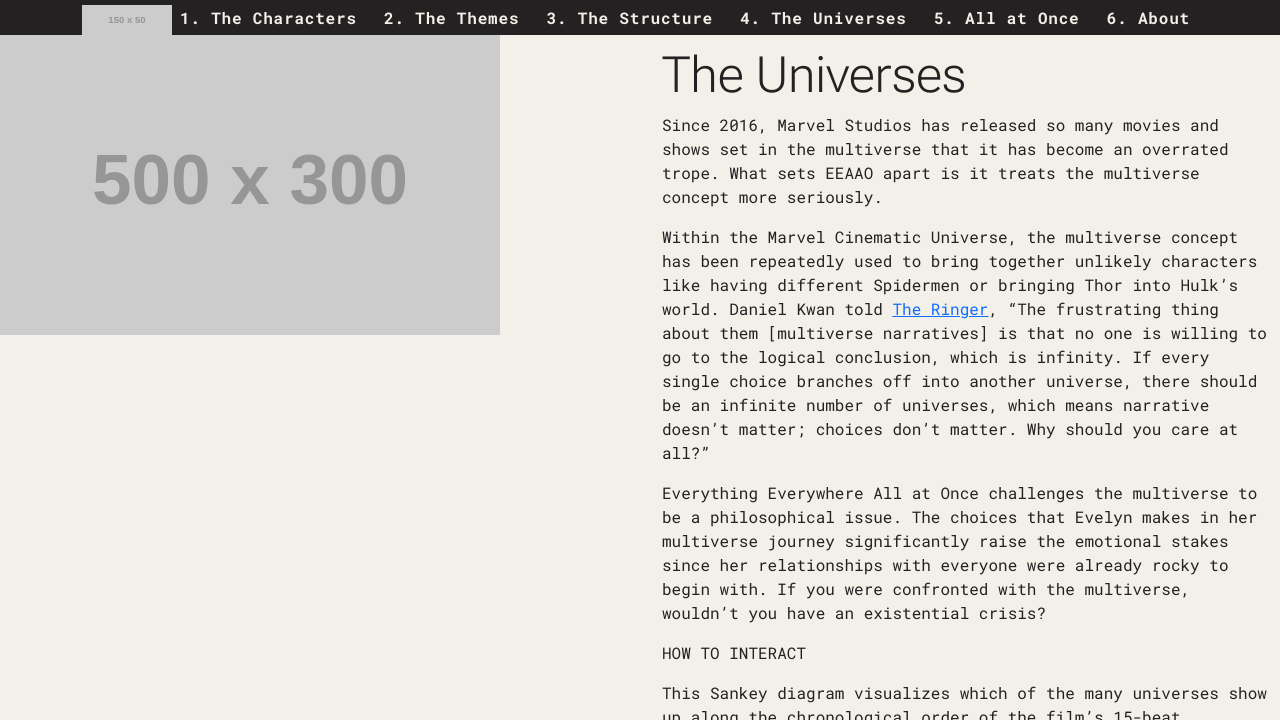
Repository: angelica-hom/msdv-thesis
Page: universes.html
The author's editor kept a record of every edit. The page is drawn from the files as they stood at one moment, then again after the next edit.
The browser window is 1280 px wide. The pictures show the whole page.
An inner scrolling area shows only its first screen.

Above is the page before.

After the next edit:
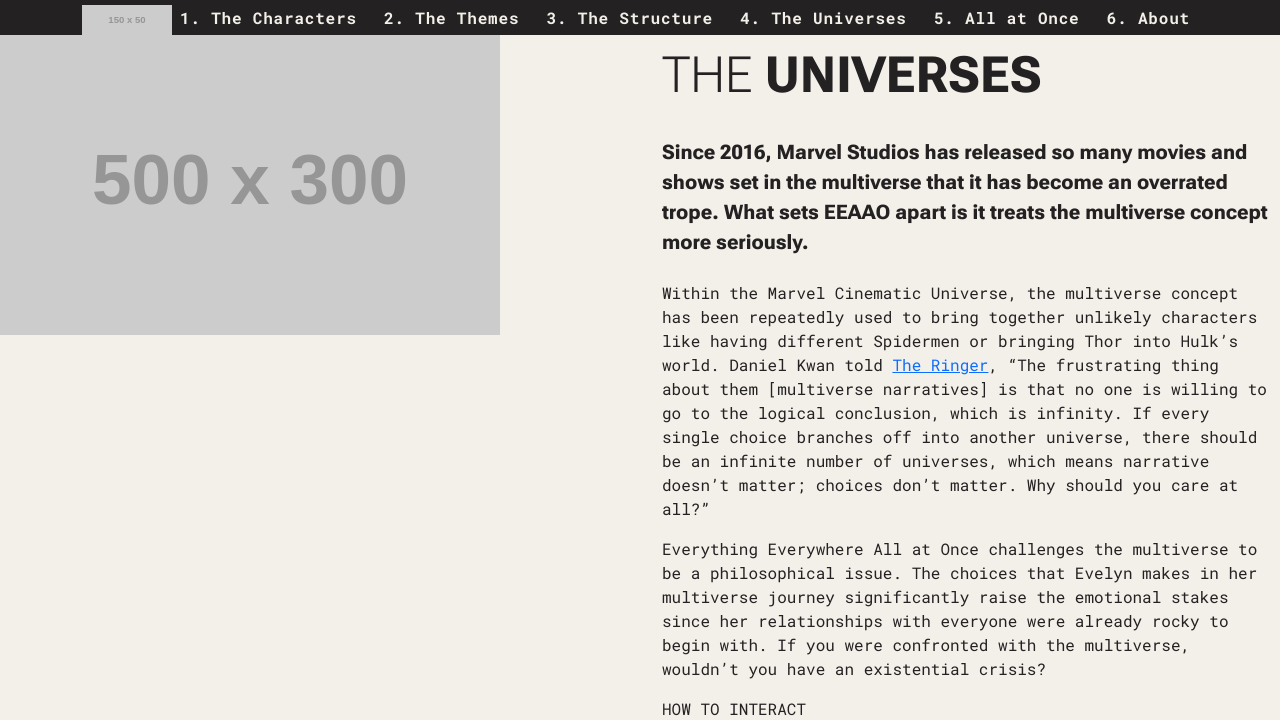
The edit:
--- a/universes.html
+++ b/universes.html
@@ -45,12 +45,13 @@
             </div>
             <div class="col-md-6 d-flex flex-column justify-content-center right-section">
                 <div id="content">
-                <h2>The Universes</h2>
-                <p>Since 2016, Marvel Studios has released so many movies and shows set in the multiverse that it has become an overrated trope. What sets EEAAO apart is it treats the multiverse concept more seriously.</p>
-                <p>Within the Marvel Cinematic Universe, the multiverse concept has been repeatedly used to bring together unlikely characters like having different Spidermen or bringing Thor into Hulk’s world. Daniel Kwan told <a href="https://www.theringer.com/movies/2022/3/29/23000959/everything-everywhere-all-at-once-multiverse">The Ringer</a>, “The frustrating thing about them [multiverse narratives] is that no one is willing to go to the logical conclusion, which is infinity. If every single choice branches off into another universe, there should be an infinite number of universes, which means narrative doesn’t matter; choices don’t matter. Why should you care at all?”</p>
-                <p>Everything Everywhere All at Once challenges the multiverse to be a philosophical issue. The choices that Evelyn makes in her multiverse journey significantly raise the emotional stakes since her relationships with everyone were already rocky to begin with. If you were confronted with the multiverse, wouldn’t you have an existential crisis?</p>
-                <p>HOW TO INTERACT</p>
-                <p>This Sankey diagram visualizes which of the many universes show up along the chronological order of the film’s 15-beat structure. Hover over or click on each flow to see how many times each universe appears within each beat.</p>
+                    <h2>THE <span class="bold">UNIVERSES</span></h2>
+                    <br><span class="subheading">Since 2016, Marvel Studios has released so many movies and shows set in the multiverse that it has become an overrated trope. What sets EEAAO apart is it treats the multiverse concept more seriously.</span>
+                    <br><br><p>Within the Marvel Cinematic Universe, the multiverse concept has been repeatedly used to bring together unlikely characters like having different Spidermen or bringing Thor into Hulk’s world. Daniel Kwan told <a href="https://www.theringer.com/movies/2022/3/29/23000959/everything-everywhere-all-at-once-multiverse">The Ringer</a>, “The frustrating thing about them [multiverse narratives] is that no one is willing to go to the logical conclusion, which is infinity. If every single choice branches off into another universe, there should be an infinite number of universes, which means narrative doesn’t matter; choices don’t matter. Why should you care at all?”</p>
+                    <p>Everything Everywhere All at Once challenges the multiverse to be a philosophical issue. The choices that Evelyn makes in her multiverse journey significantly raise the emotional stakes since her relationships with everyone were already rocky to begin with. If you were confronted with the multiverse, wouldn’t you have an existential crisis?</p>
+                    <p>HOW TO INTERACT</p>
+                    <p>This Sankey diagram visualizes which of the many universes show up along the chronological order of the film’s 15-beat structure. Hover over or click on each flow to see how many times each universe appears within each beat.</p>
+                    </div>
                 <div>
                     <a href="structure.html" class="btn btn-primary me-2">The Structure</a>
                     <a href="once.html" class="btn btn-secondary">All at Once</a>
